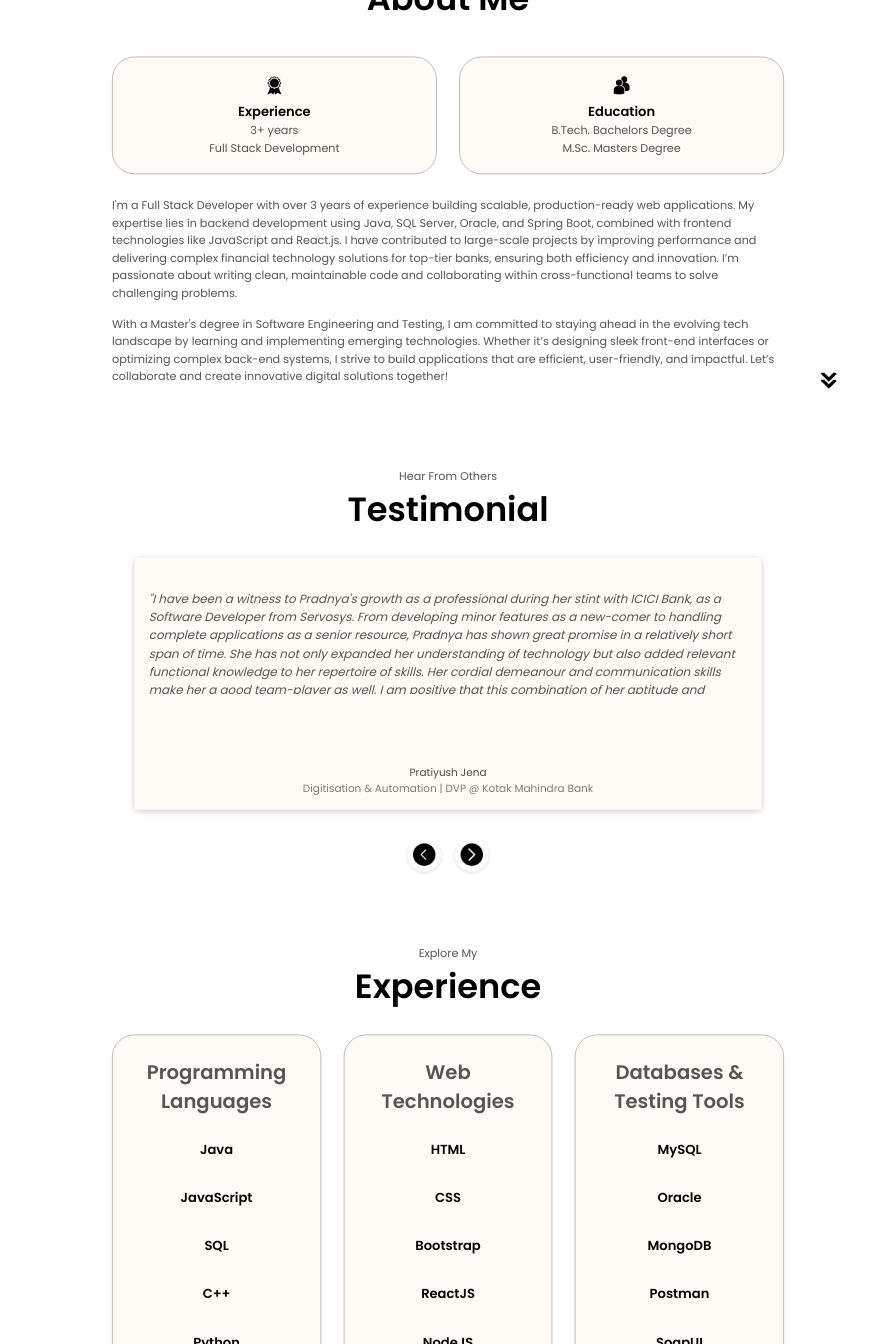
Repository: Pradnya-07/Portfolio-Pradnya
Page: index.html
These files come from the project's save history. The page is drawn as it stood at one moment and after the next save; the edit follows.
The browser window is 1280 px wide. The pictures show the part of the page from y = 907 to 2827 px (the page is 6027 px tall), at 70% of full size.
A picture or video elsewhere on the page could not be fetched, so the positions and the page height are approximate.

Above is the page before, as saved 2025-05-04 12:07:21.

After the next save:
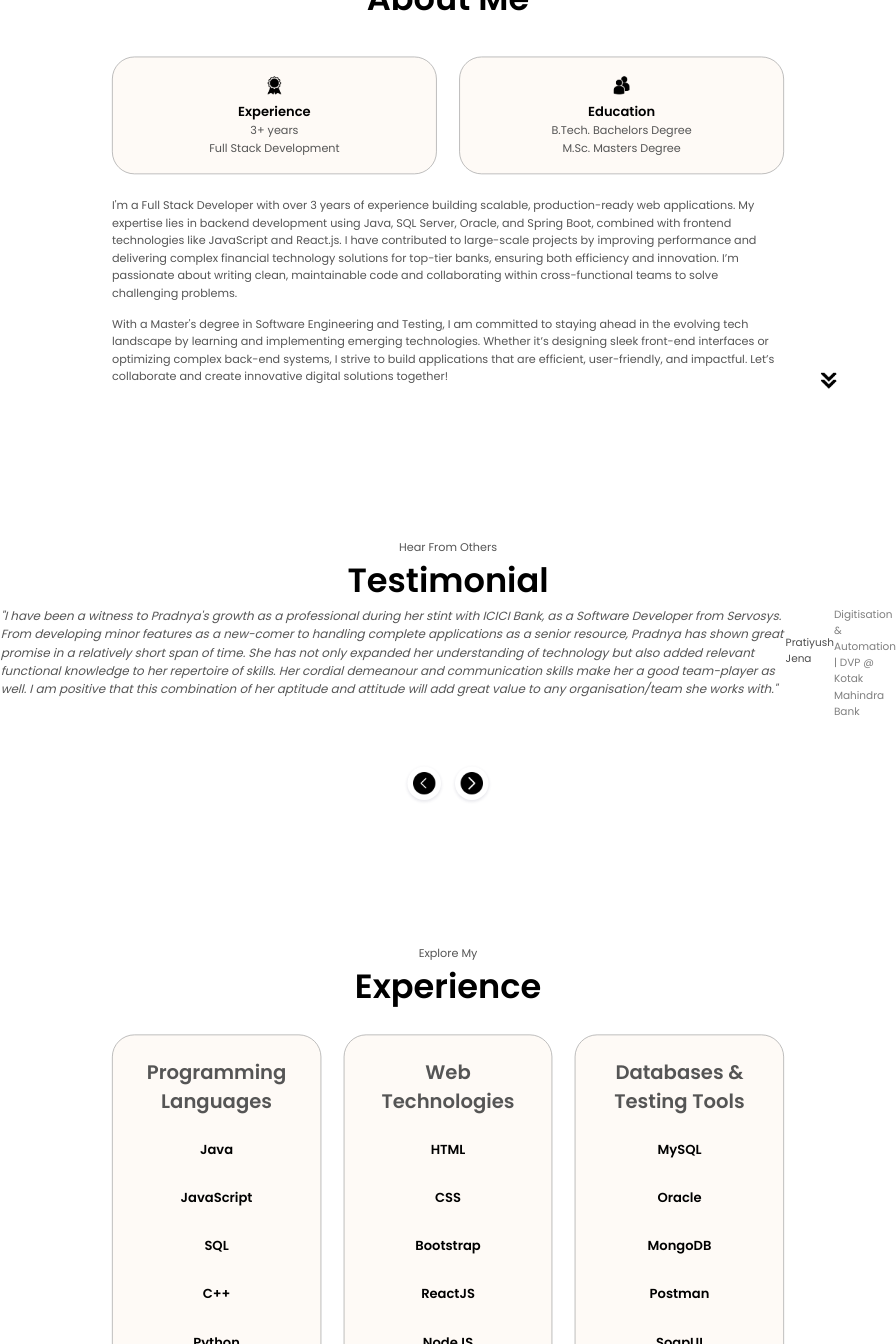
Saved 107 s later.
--- a/style.css
+++ b/style.css
@@ -465,7 +465,7 @@ h2 {
   font-weight: 400;
 }
 
-.testimonial {
+.testimonial .corporate{
   height: 50vh;
   width: 70vw;
   margin: 2rem;
@@ -481,6 +481,8 @@ h2 {
   justify-content: center;
   flex-direction: column;
 }
+
+
 
 @keyframes fade {
   from {
